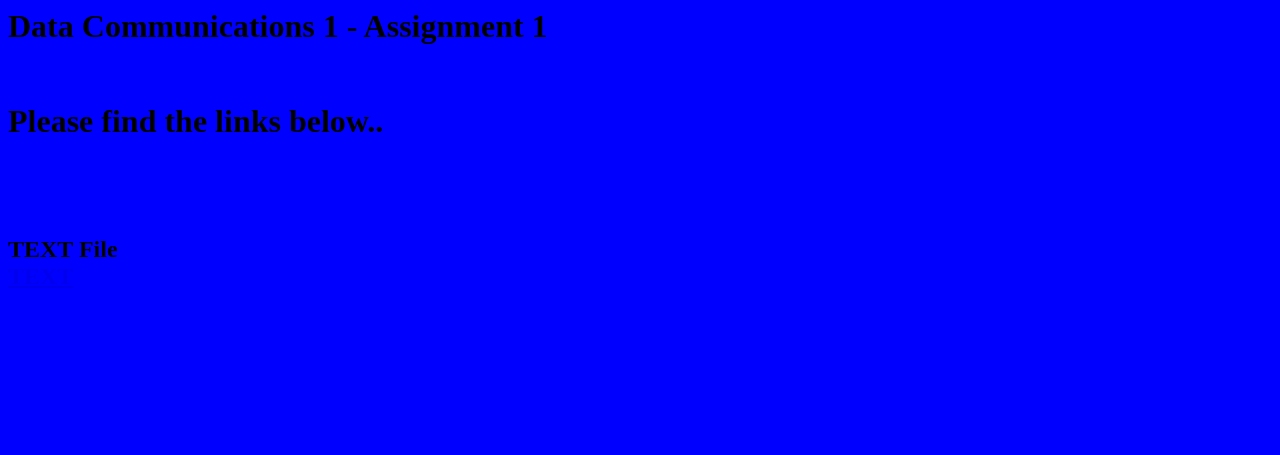
Repository: RaghavTVel/CUB_Codes
Page: eclipse_workspace/DataCommAssignment1/www/index.html
The author's editor kept a copy of each file at every save. The page is drawn from the files as they stood at one save, then again after the next save.
The browser window is 1280 px wide. The pictures show the whole page.

Above is the page before, as saved 2015-09-06 00:11:17.

After the next save:
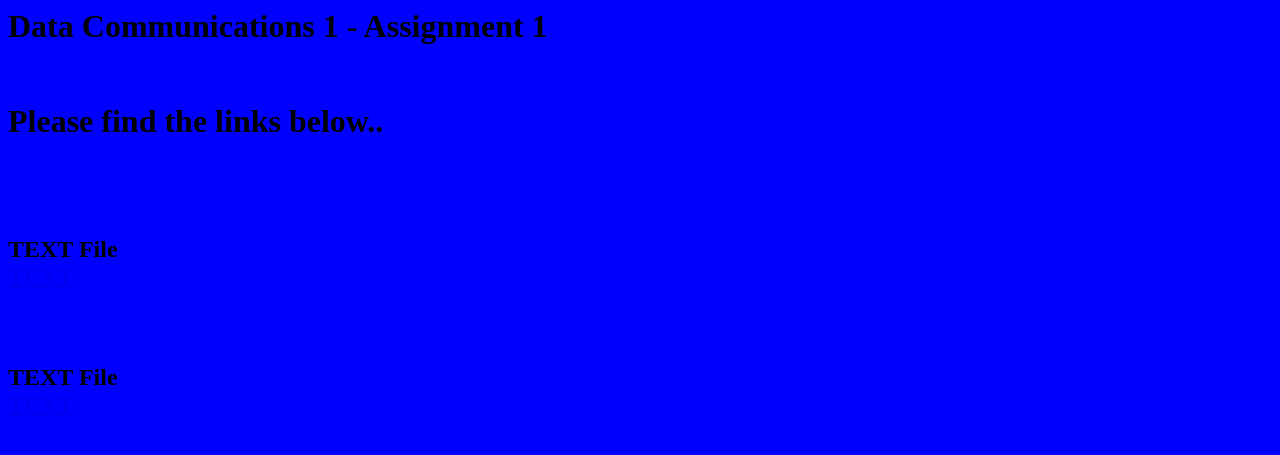
Saved 38 min 39 s later.
--- a/eclipse_workspace/DataCommAssignment1/www/index.html
+++ b/eclipse_workspace/DataCommAssignment1/www/index.html
@@ -25,6 +25,13 @@ TEXT File<br>
 </h2>
 </p>
 
+<p>
+<h2>
+TEXT File<br>
+<a href="text/thankyou.txt">TEXT</a><br><br><br>
+</h2>
+</p>
+
 </body>
 
 </html>
